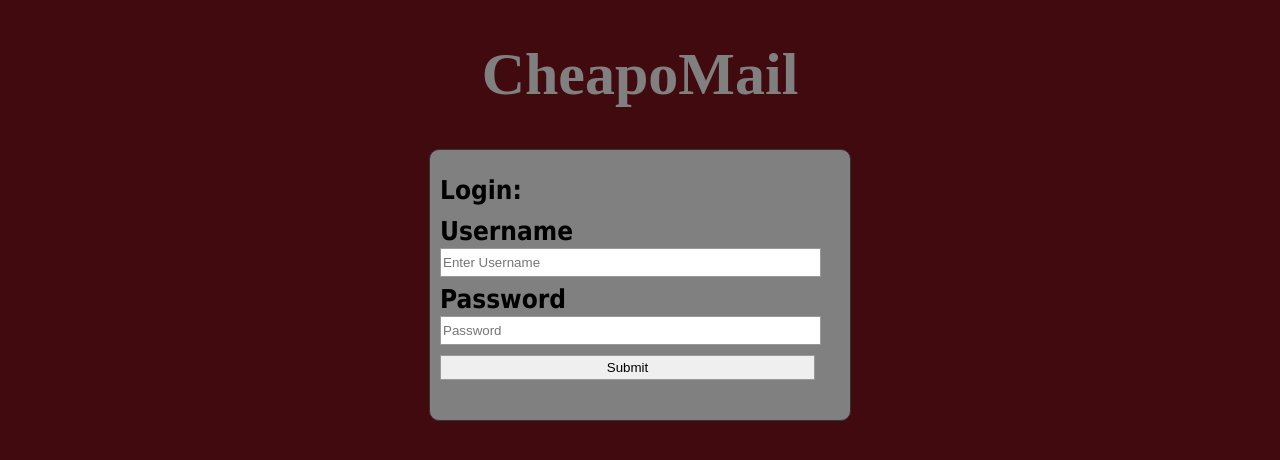
Repository: Wushum/Project-4
Page: cheapomail.html
The author's editor kept a record of every edit. The page is drawn from the files as they stood at one moment, then again after the next edit.
The browser window is 1280 px wide. The pictures show the whole page.

Above is the page before.
Not found: behaviour.js

### cheapomail.html
<!DOCTYPE html >
<html >
	<head>
		<title>Cheapo Mail</title>
		<meta http-equiv="Content-type" content="text/html;charset=ISO-8859-1" />
		<script src='behaviour.js' type='text/javascript'></script>
 		<link rel="stylesheet" type="text/css" href="cheapomail.css" />
	</head>

	<body>
		<div id="heading">
			<h1>CheapoMail</h1>
		</div>

		<form id="login-form"  action='action.php?a=login' method='post'>

			<div>
				<h1>Login:</h1>
				<label>
				<span>Username</span><input id="username" type="text" name="username" placeholder="Enter Username"/>
				</label>

				<label>
				<span>Password</span><input id="password" type="password" name="password" placeholder="Password"/>
				</label>

				<label>
				<input type="submit" value="Submit" />
				</label>

			</div>


 		</form>

	</body>
</html>

### cheapomail.css
body{
  background: #410A0F;
}
#heading{
  color: grey;
  text-align: center;
  font-size: 30px;

}
#login-form {
background-color: grey;
margin:auto;
position:relative;
width:400px;
height:250px;
font-family: Tahoma;
font-size: 13px;
line-height: 24px;
font-weight: bold;
color: black;
border-radius: 10px;
padding:10px;
border: 1px solid #999;
border: 1px solid #333;
}

label{
  font-size: 2em;
  text-align: center;
}

input    {
margin-bottom: 10px;
width:375px;
display:block;
border: 1px solid #999;
height: 25px;
}

input.button {
width:50px;
position:absolute;
right:20px;
bottom:20px;
margin-bottom: 10px;
background:#09C;
color:#fff;
font-family: Tahoma;
height:30px;
border-radius: 15px;
border: 1px solid #999;
}

input.button:hover {
background:#fff;
color:#09C;
}

After the next edit:
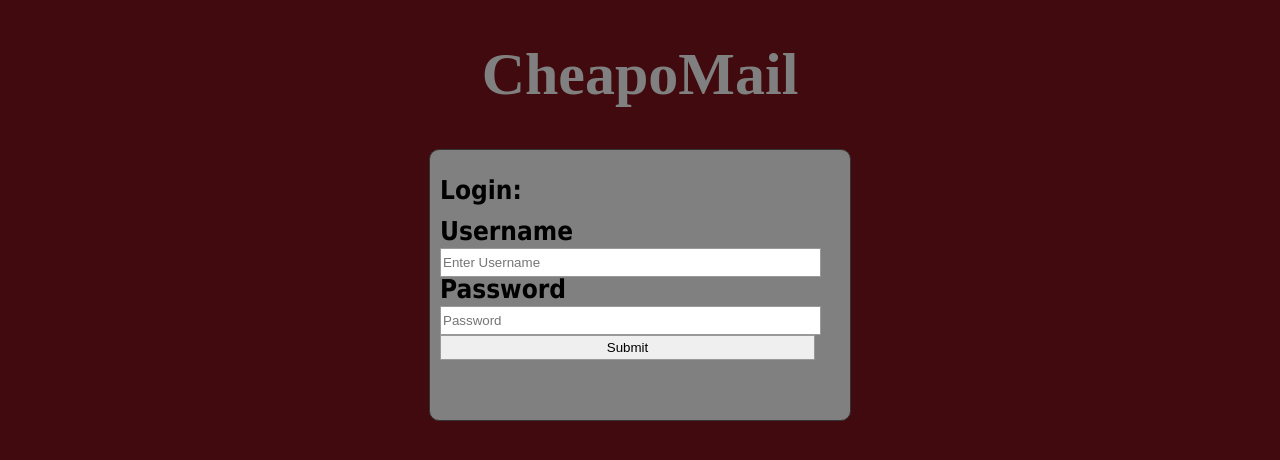
The edit:
--- a/cheapomail.css
+++ b/cheapomail.css
@@ -30,7 +30,6 @@
 }
 
 input    {
-margin-bottom: 10px;
 width:375px;
 display:block;
 border: 1px solid #999;
